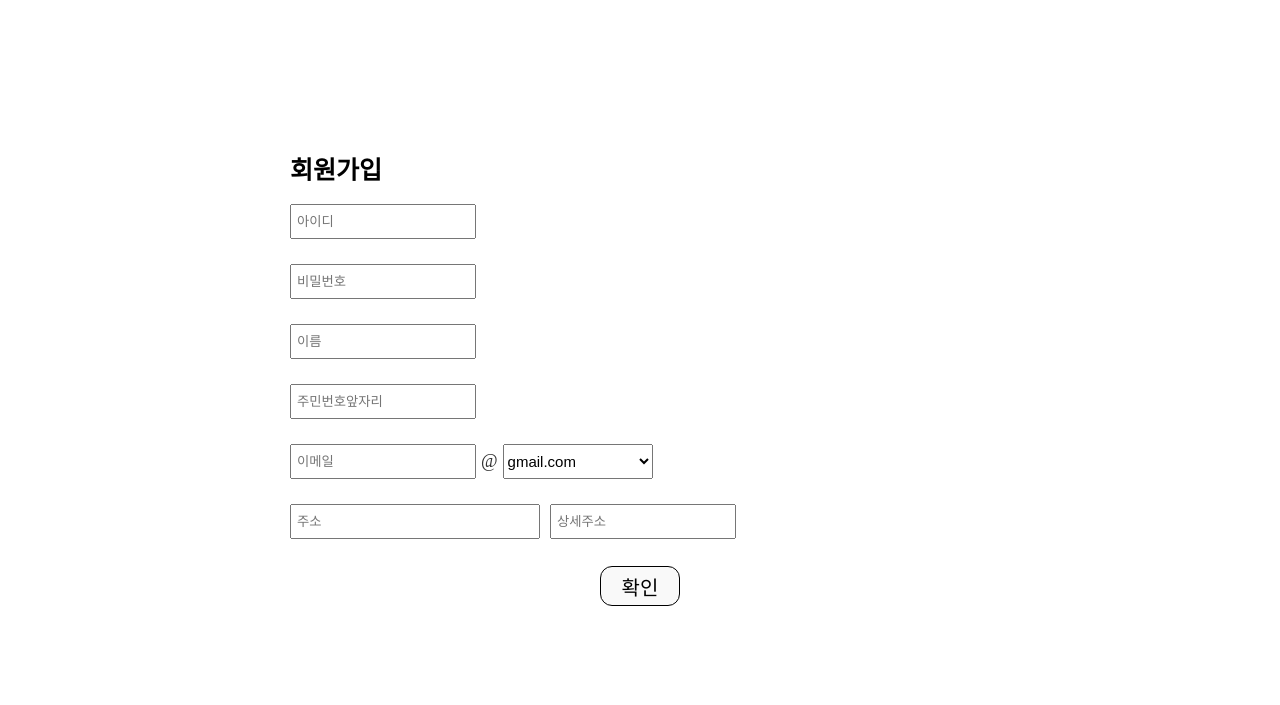
Repository: zeroj-0/eclipseProjects
Page: http://localhost/jv301/mod009/add_user.jsp
These files come from the project's save history. The page is drawn as it stood at one moment and after the next save; the edit follows.
The browser window is 1280 px wide. The pictures show the whole page.
The page is served by Tomcat 9. Nobody is signed in. The application's start-up code is not run.

Above is the page before, as saved 2022-07-04 02:30:20.

After the next save:
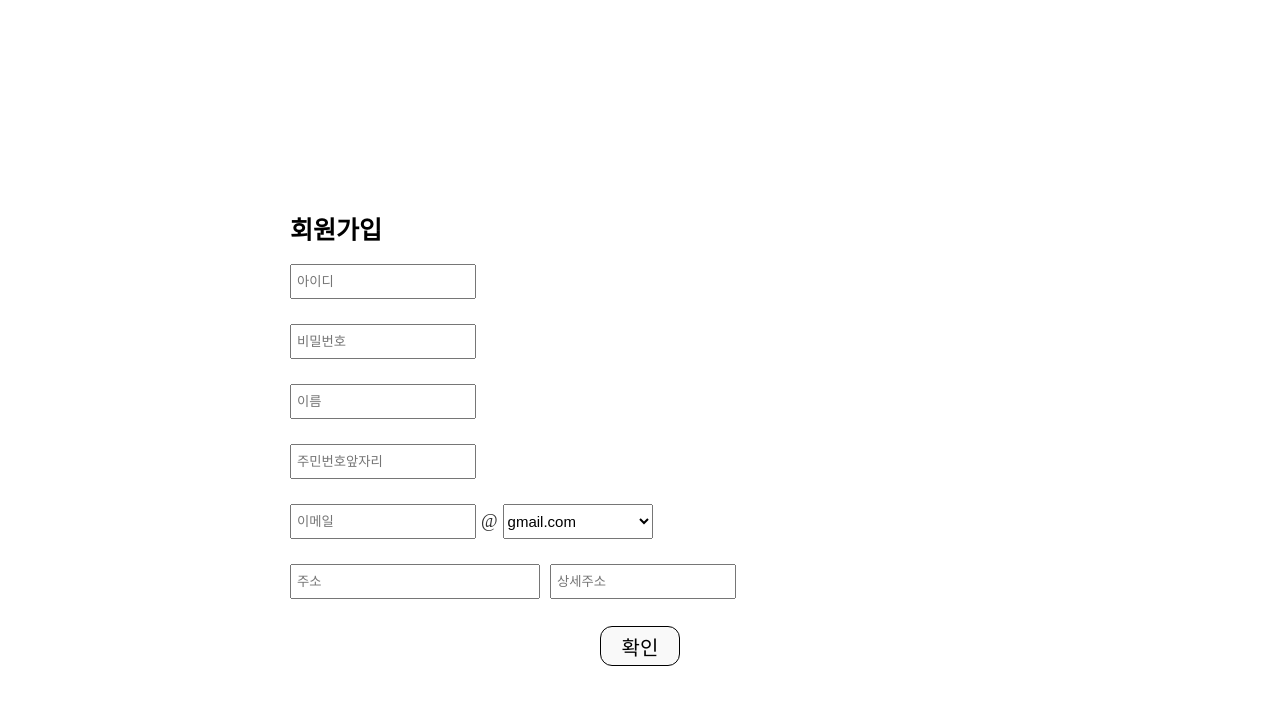
Saved 94 s later.
--- a/jv301/src/main/webapp/mod009/add_user.jsp
+++ b/jv301/src/main/webapp/mod009/add_user.jsp
@@ -10,6 +10,14 @@
   <link rel="stylesheet" href="./style.css">
 </head>
 <body>
+	<div>
+		<div id="header">
+		</div>
+		<div id="content-wrapper">
+		</div>
+		<div id="footer">
+		</div>
+	</div>
   <div class="container">
     <h3>회원가입</h3>
     <form class="" action="add_user.do" method="post">
